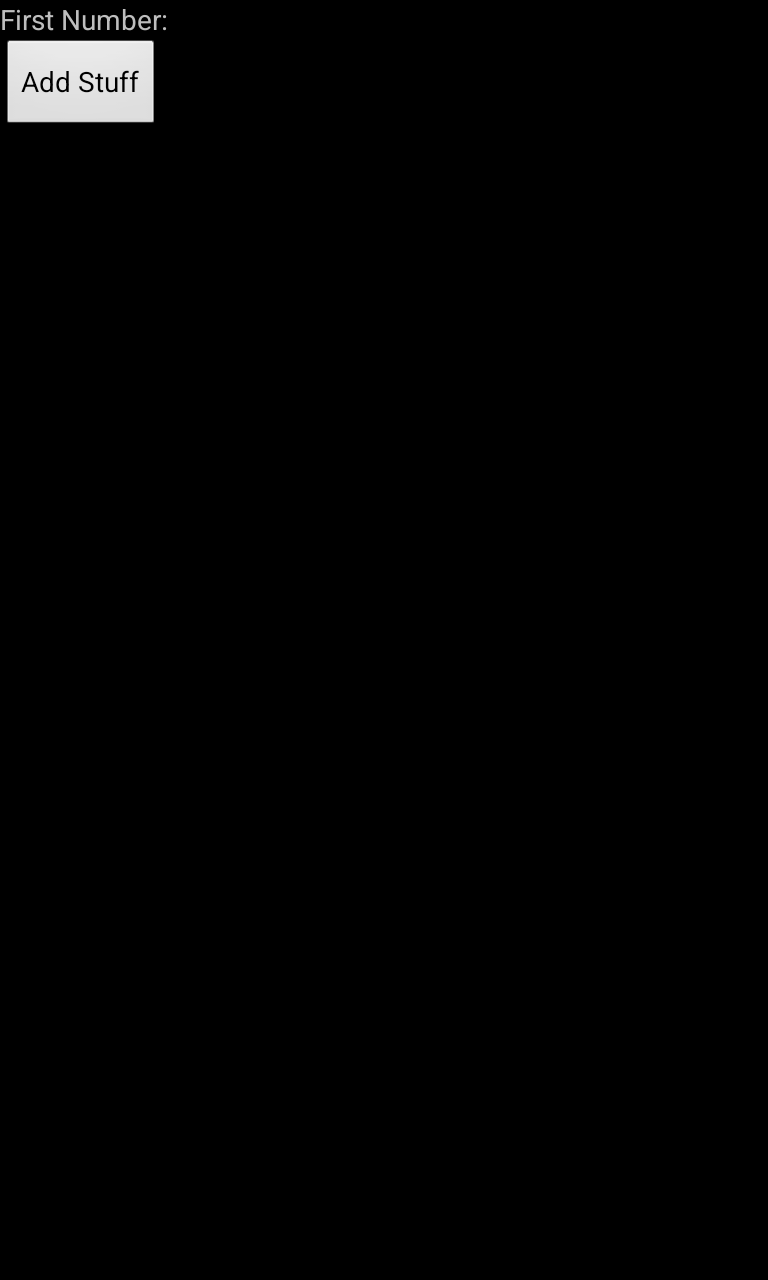
Repository: drwelden/Android-Presentation
Layout: Basic/Calculator/res/layout/main.xml
An editor plug-in stored every save of this project. The layout is shown before and after the next save, followed by the edit.
It is drawn on a 768 x 1280 px phone screen (xhdpi) without system bars, with theme android:Theme; the app's code is not run.

Above is the layout before, as saved 2010-09-23 00:31:25.

After the next save:
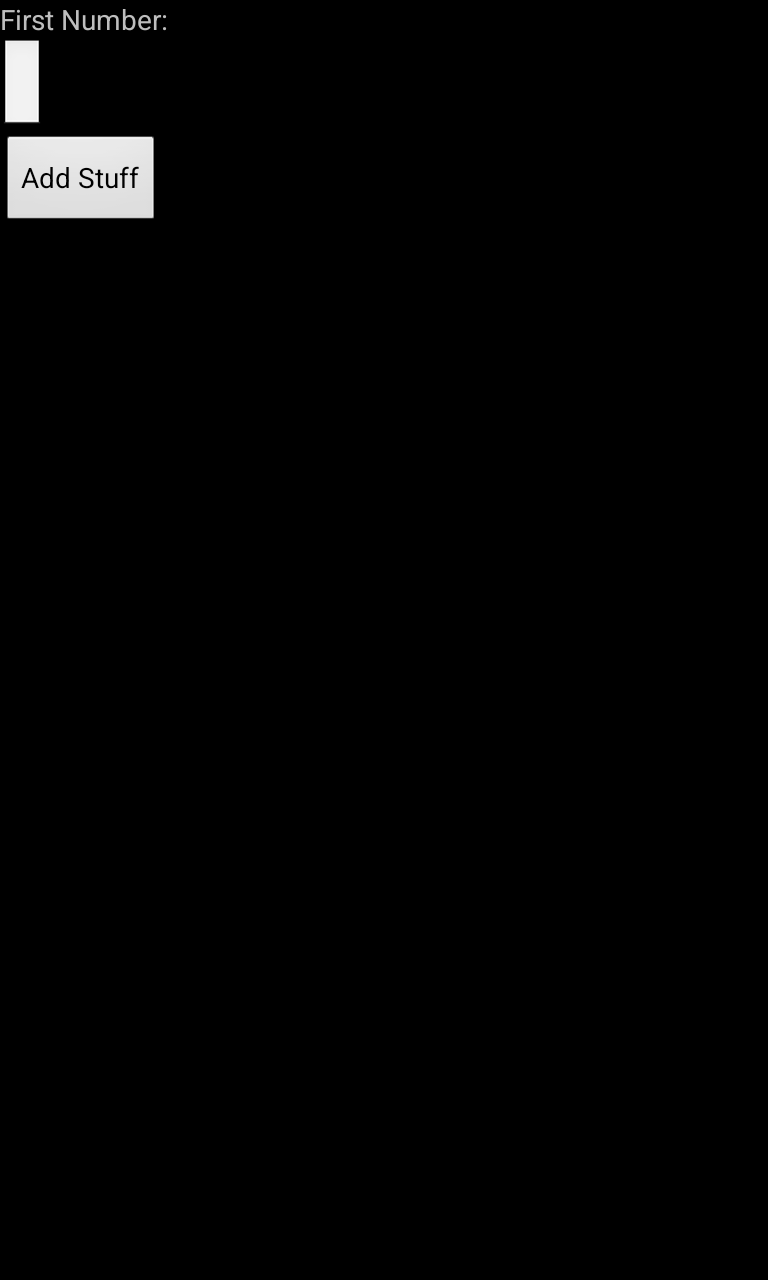
Saved 2 min 30 s later.
--- a/Basic/Calculator/res/layout/main.xml
+++ b/Basic/Calculator/res/layout/main.xml
@@ -9,6 +9,11 @@
     	android:layout_width="wrap_content"
     	android:layout_height="wrap_content"
     	/>
+    <EditText
+    	android:id="@+id/first_number"
+    	android:layout_width="wrap_content"
+    	android:layout_height="wrap_content"
+    	/>
 	<Button
 		android:text="@string/add_stuff"
 		android:layout_width="wrap_content"
